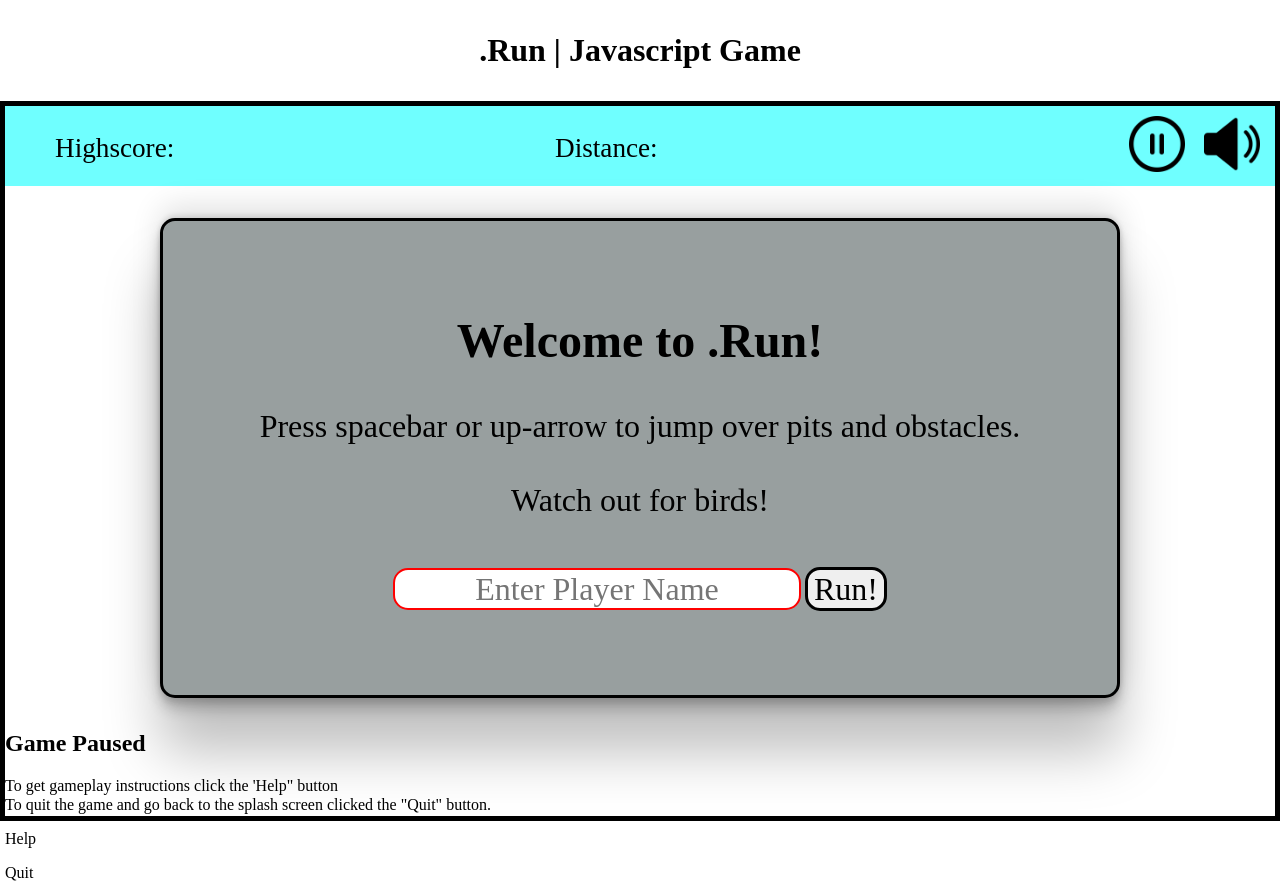
Repository: jellymel0n/bit-biker
Page: index.html
An editor plug-in stored every save of this project. The page is shown before and after the next save, followed by the edit.
The browser window is 1280 px wide. The pictures show the whole page.

Above is the page before, as saved 2021-07-05 10:23:09.

### index.html
<!DOCTYPE html>
<html lang="en">
<head>
    <meta charset="UTF-8">
    <meta http-equiv="X-UA-Compatible" content="IE=edge">
    <meta name="viewport" content="width=device-width, initial-scale=1.0">
    <!-- CSS reset/normalize -->
    <link rel="stylesheet" href="styles/normalize-fwd.css">
    <!-- Local CSS -->
    <link rel="stylesheet" href="styles/styles.css">
    <title>.Run | Javascript Game</title>
</head>
<body>
    <h1>.Run | Javascript Game</h1>

    <main id="game-board">
        <!-- Game board header -->
        <div id='game-header'>
            <p id='highscore-text'>Highscore: </p>
            <p id='distance-text'>Distance: </p>
            <div id='btn-pause'>
                <img src="assets/graphics/icons/pause.png" alt="pause button, circle around a pause icon">
            </div>
            <div id='btn-volume'>
                <img src="assets/graphics/icons/volume.png" alt="volume button, speaker icon">
            </div>
            <div id="btn-mute">
                <img src='assets/graphics/icons/mute.png' alt='mute button, speaker icon crossed out'>
            </div>
        </div>
        <!-- End of game board header -->

        <!-- Splash screen - intro -->
        <div id='splash-screen'>
            <h2 id='splash-header'>Welcome to .Run!</h2>
            <p id='splash-text'>Press spacebar or up-arrow to jump over pits and obstacles.<br><br>Watch out for birds!</p>

            <div id="splashInput">
                <input id='player-name' type='text' placeholder='Enter Player Name'>
                <button id='savePlayer'>Run!</button>
            </div>
        </div>
        <!-- End of splash screen -->

        <!-- Pause Screen -->
        <div id="pause-screen">
            <h2>Game Paused</h2>
            <p id='pause-text'>To get gameplay instructions click the 'Help" button<br>To quit the game and go back to the splash screen clicked the "Quit" button.</p>
            <div id="pause-btns">
                <div id="help-btn">
                    <p id="help-text">Help</p>
                </div>
                <div id="quit-btn">
                    <p id="quit-text">Quit</p>
                </div>
            </div>
        </div>
        <!-- End of Pause Screen -->

        <!-- Help Screen -->
        <div class="help-screen">

        </div>
        <!-- End of Help Screen -->

    </main>

<!-- jQuery CDN script-->
<script src="https://code.jquery.com/jquery-3.6.0.min.js" integrity="sha256-/xUj+3OJU5yExlq6GSYGSHk7tPXikynS7ogEvDej/m4=" crossorigin="anonymous"></script>
<!-- Local JS script -->
<script src='scripts/script.js'></script>
</body>
</html>

### styles/styles.css
h1 {
    text-align: center;
    margin: 2rem auto;
}

#game-board {
    width: 80rem;
    height: 45rem;
    border: 5px solid black;
    /* border-radius: 10%; */
    margin: 0 auto;
    position: relative;
}

/* Game board header */
div#game-header {
    display: flex;
    justify-content: space-around;
    width: 100%;
    height: 5rem;
    background-color: rgba(0, 255, 255, 0.565);

}

#highscore-text,
#distance-text {
    position: absolute;
}

#highscore-text {
    font-size: 1.7rem;
    left: 50px;
}

#distance-text {
    font-size: 1.7rem;
    left: 550px;
}

#btn-pause img {
    position: absolute;
    width: 3.5rem;
    right: 90px;
    top: 10px;
}

#btn-pause img:hover {
    transform: scale(1.1);
    cursor: pointer;
}

#btn-volume img,
#btn-mute img {
    position: absolute;
    width: 3.5rem;
    right: 15px;
    top: 10px;
}

#btn-volume img:hover,
#btn-mute img:hover  {
    transform: scale(1.1);
    cursor: pointer;
}

#btn-mute {
    display: none;
}

/* end of game board header */

/* Splash screen styles */
#splash-screen {
    width: 60rem;
    height: 30rem;
    margin: 2rem auto;
    border: 3px solid black;
    border-radius: 15px;
    align-content: center;
    background-color: rgb(152, 159, 159);
    box-shadow: rgba(0, 0, 0, 0.25) 0px 54px 55px, rgba(0, 0, 0, 0.12) 0px -12px 30px, rgba(0, 0, 0, 0.12) 0px 4px 6px, rgba(0, 0, 0, 0.17) 0px 12px 13px, rgba(0, 0, 0, 0.09) 0px -3px 5px;
}

#splash-screen h2 {
    text-align: center;
    font-size: 3rem;
}

#splash-text {
    text-align: center;
    font-size: 2rem;
    margin: 0 1rem;
}

#splashInput {
    text-align: center;
    margin-top: 3rem;
}

input[type=text] {
    border: 2px solid red;
    border-radius: 15px;
    font-size: 2rem;
    margin: 0 auto 2rem auto;
    text-align: center;
}

button#savePlayer {
    font-size: 2rem;
    color: black;
    border: 3px solid black;
    border-radius: 15px;
}

button#savePlayer:hover {
    transform: scale(1.1);
    cursor: pointer;
}
/* End of splash screen styles */

### scripts/script.js
'use strict';

const game = {
    title: '.Run',
    isRunning: false,
    player: '',
    obstacles: [],
    keysPressed: [],
    bgLayers: [],
    bgObjects: [],
    loopDuration: [1000 / 50, 1000 / 60, 1000 / 70, 1000 / 80],
    lastKeyFrame: null,

    getPlayerName: () => {
        game.player = $('#player-name').val();
    },

}


// Event Handlers
$('#savePlayer').on('click', function() {
    game.getPlayerName();
    $('#splash-screen').toggle();
    game.isRunning = true;
});

$('#btn-volume').on('click', function() {
    $('#btn-volume').toggle();
    $('#btn-mute').toggle();
})

$('#btn-mute').on('click', function() {
    $('#btn-volume').toggle();
    $('#btn-mute').toggle();
})

Loaded but not shown: styles/normalize-fwd.css (library)

After the next save:
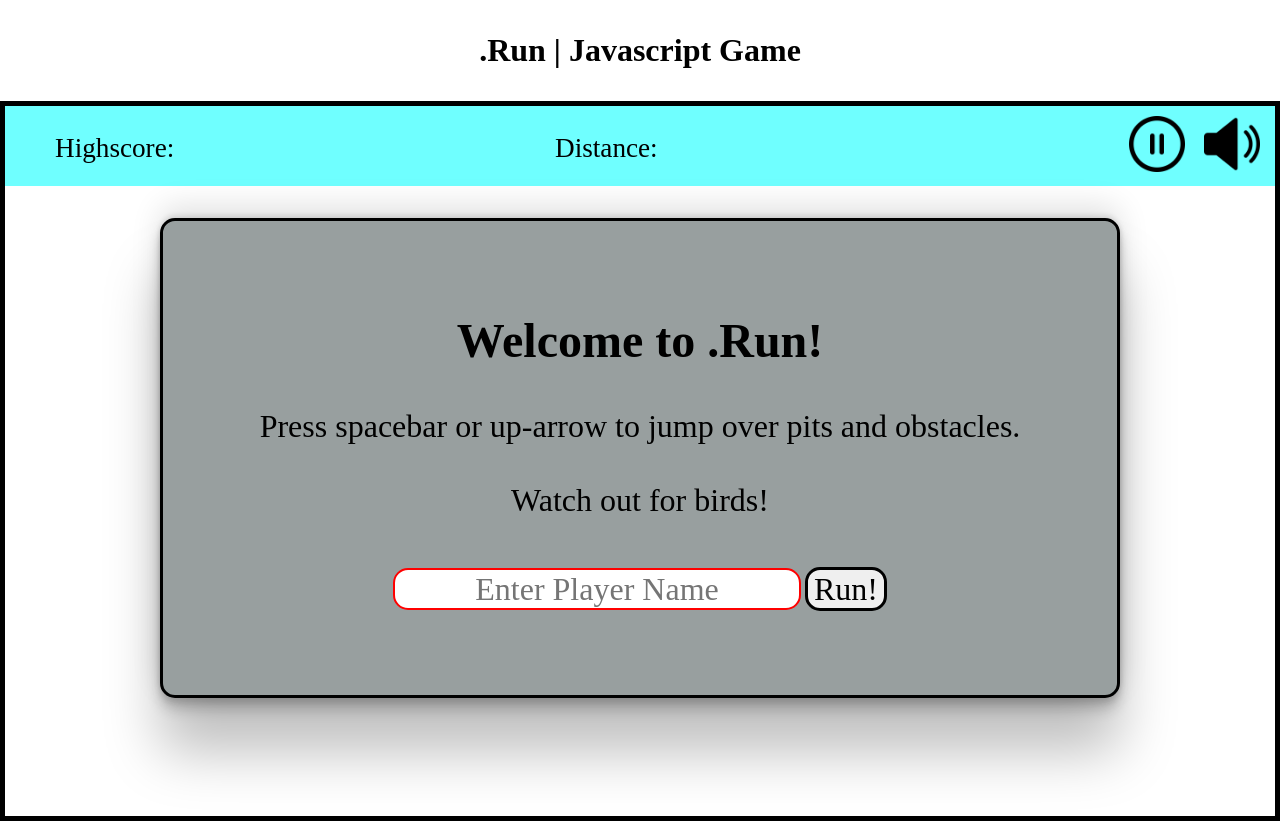
Saved 48 s later.
--- a/styles/styles.css
+++ b/styles/styles.css
@@ -117,3 +117,17 @@ button#savePlayer:hover {
     cursor: pointer;
 }
 /* End of splash screen styles */
+
+/* Pause screen styles */
+
+#pause-screen {
+    display: none;
+    width: 60rem;
+    height: 30rem;
+    margin: 2rem auto;
+    border: 3px solid black;
+    border-radius: 15px;
+    align-content: center;
+    background-color: rgb(152, 159, 159);
+    box-shadow: rgba(0, 0, 0, 0.25) 0px 54px 55px, rgba(0, 0, 0, 0.12) 0px -12px 30px, rgba(0, 0, 0, 0.12) 0px 4px 6px, rgba(0, 0, 0, 0.17) 0px 12px 13px, rgba(0, 0, 0, 0.09) 0px -3px 5px;
+}
